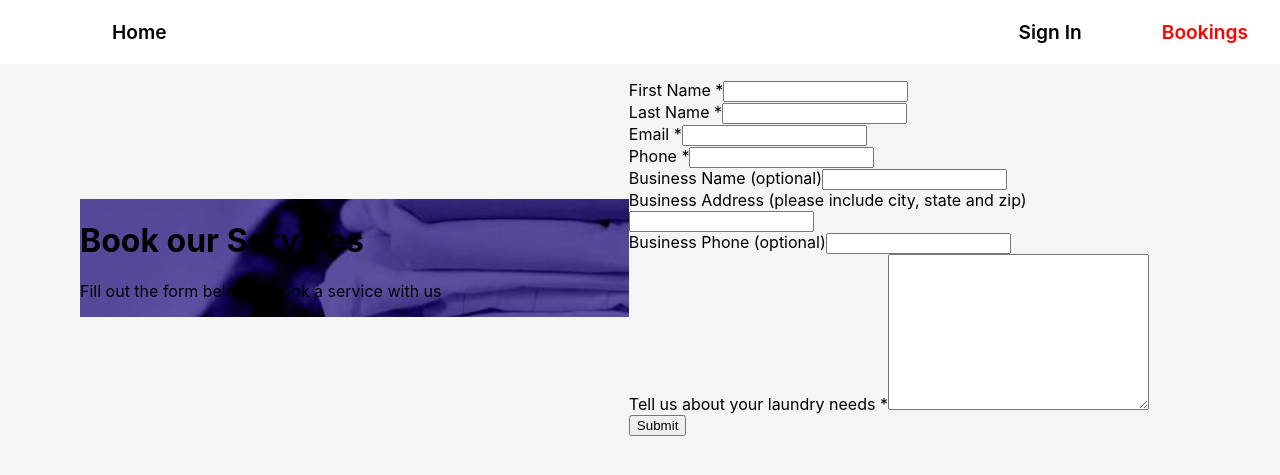
Repository: MikkyPrestige/fake-user-authentication
Page: /booking
An editor plug-in stored every save of this project. The page is shown before and after the next save, followed by the edit.
The browser window is 1280 px wide. The pictures show the whole page.
The project was rebuilt for these pictures with package versions that can differ from the ones it lists, and the page was loaded fresh each time. Also part of the build but not shown: src/assets/styles/home.css, src/components/home.jsx.

Above is the page before, as saved 2022-11-20 03:01:47.

### src/index.css
body {
  margin: 0;
  font-family: -apple-system, BlinkMacSystemFont, 'Segoe UI', 'Roboto', 'Oxygen',
    'Ubuntu', 'Cantarell', 'Fira Sans', 'Droid Sans', 'Helvetica Neue',
    sans-serif;
  -webkit-font-smoothing: antialiased;
  -moz-osx-font-smoothing: grayscale;
  /* background-image: url(./assets/img/pattern_blue-1.jpg);
  background-repeat: no-repeat;
  background-size: cover;
  background-position: center;
  background-attachment: fixed; */
}

code {
  font-family: source-code-pro, Menlo, Monaco, Consolas, 'Courier New',
    monospace;
}

### src/App.jsx
import React from "react";
import { Route, Routes } from "react-router-dom";
import { Home, Navigation, Booking } from "./components";

function App() {
  return (
    <div className="App">
      <Navigation />
      <Routes>
      <Route path="/" element={< Home />} />
      <Route path="/booking" element={< Booking />} />
      </Routes>
    </div>
  );

}

export default App;

### src/components/index.js
export { default as Home } from './home';
export { default as Navigation } from './navigation';
export { default as Booking } from './booking';

### src/components/navigation.jsx
// NAVIGATION COMPONENT

import React from "react";
import { NavLink } from "react-router-dom";
import "../assets/styles/navigation.css";

const Navigation = () => {
  return (
    <div className="navigation">
      <nav className="navigation__links">
        <div className="navigation--link">
          <NavLink
            style={({ isActive }) =>
              isActive ? { color: "red" } : { color: "black" }
            }
            to="/"
            className="navigation__link--item"
          >
            Home
          </NavLink>
        </div>
        <div className="navigation__link--wrapper">
          <NavLink
            style={({ isActive }) =>
              isActive ? { color: "red" } : { color: "black" }
            }
            to="/signIn"
            className="navigation__link--item"
          >
            Sign In
          </NavLink>
          <NavLink
            style={({ isActive }) =>
              isActive ? { color: "red" } : { color: "black" }
            }
            to="/booking"
            className="navigation__link--item"
          >
            Bookings
          </NavLink>
        </div>
      </nav>
    </div>
  );
};

export default Navigation;

### src/components/booking.jsx
// REGISTER COMPONENT: This component is for the form to register with the company in the app

import React from "react";
import { useState } from "react";
import "../assets/styles/booking.css";

const Booking = () => {
  // Create a state for the form
  const [form, setForm] = useState({
    firstName: "",
    lastName: "",
    email: "",
    businessName: "",
    businessAddress: "",
    businessPhone: "",
    order: "",
  });

  // Create a state for the error
  const [error, setError] = useState({});
  // Create a state for the success
  const [success, setSuccess] = useState(false);

  // Create a function to handle the change
  const handleChange = (e) => {
    const { name, value } = e.target;
    setForm({ ...form, [name]: value }); // A spread operator is used to copy the form object and then add the name and value to the form object and then set the form object to the new form object with the name and value added to it
  };

  // Create a function to handle the submit
  const handleSubmit = (e) => {
    e.preventDefault();
    console.log(form);
    // Validate the form
    const validate = () => {
      let error = {};
      if (!form.firstName) {
        error.firstName = "First name is required";
      }
      if (!form.lastName) {
        error.lastName = "Last name is required";
      }
      if (!form.email) {
        error.email = "Email is required";
      }
      if (!form.phone) {
        error.phone = "Phone Number is required";
      }
      if (!form.order) {
        error.order = "Order is required";
      }
      return error;
    };
    // Set the error
    setError(validate());
    // Check if there is no error
    if (Object.keys(validate()).length === 0) {
      setSuccess(true);
    }
  };

  return (
    <div className="booking">
      <div className="booking__wrapper">
        <div className="booking__content">
          <h1 className="booking__title">Book our Services</h1>
          <p className="booking__description">
            Fill out the form below to book a service with us
          </p>
        </div>
        <form className="booking__form" onSubmit={handleSubmit}>
          <div className="booking__form--group">
            <label htmlFor="firstName" className="booking__form--label">
              First Name *
            </label>
            <input
              type="text"
              name="firstName"
              id="firstName"
              className="booking__form--input"
              onChange={handleChange}
              required
            />
            {error.firstName && (
              <p className="booking__form--error">{error.firstName}</p>
            )}
          </div>
          <div className="booking__form--group">
            <label htmlFor="lastName" className="booking_form--label">
              Last Name *
            </label>
            <input
              type="text"
              name="lastName"
              id="lastName"
              className="booking__form--input"
              onChange={handleChange}
              required
            />
            {error.lastName && (
              <p className="booking__form--error">{error.lastName}</p>
            )}
          </div>
          <div className="booking__form--group">
            <label htmlFor="email" className="booking__form--label">
              Email *
            </label>
            <input
              type="email"
              name="email"
              id="email"
              className="booking__form--input"
              onChange={handleChange}
              required
            />
            {error.email && (
              <p className="booking__form--error">{error.email}</p>
            )}
          </div>
          <div className="booking__form--group">
            <label htmlFor="phone" className="booking__form--label">
              Phone *
            </label>
            <input
              type="tel"
              name="phone"
              id="phone"
              className="booking__form--input"
              onChange={handleChange}
              required
            />
            {error.phone && (
              <p className="booking__form--error">{error.phone}</p>
            )}
          </div>
          <div className="booking__form--group">
            <label htmlFor="businessName" className="booking__form--label">
              Business Name (optional)
            </label>
            <input
              type="text"
              name="businessName"
              id="businessName"
              className="booking__form--input"
              onChange={handleChange}
            />
          </div>
          <div className="booking__form--group">
            <label htmlFor="businessAddress" className="booking__form--label">
              Business Address (please include city, state and zip)
            </label>
            <input
              type="text"
              name="businessAddress"
              id="businessAddress"
              className="booking__form--input"
              onChange={handleChange}
            />
          </div>
          <div className="booking__form--group">
            <label htmlFor="businessPhone" className="booking__form--label">
              Business Phone (optional)
            </label>
            <input
              type="text"
              name="businessPhone"
              id="businessPhone"
              className="booking__form--input"
              onChange={handleChange}
            />
          </div>
          <div className="booking__form--group">
            <label htmlFor="order" className="booking__form--label">
              Tell us about your laundry needs *
            </label>
            <textarea
              name="order"
              id="order"
              cols="30"
              rows="10"
              className="booking__form--input"
              onChange={handleChange}
              required
            ></textarea>
            {error.order && (
              <p className="booking__form--error">{error.order}</p>
            )}
          </div>
          <button className="booking__form--button">Submit</button>
        </form>
        {success && (
          <p className="booking__form--success">
            Your order is received and been fast tracked.
            <span>Thank you for choosing us.</span>
          </p>
        )}
      </div>
    </div>
  );
};

export default Booking;

### src/assets/styles/navigation.css
.navigation {
    background-color: #fff;
    height: 4rem;
    position: fixed;
    top: 0;
    width: 100%;
    z-index: 100;
}

.navigation__links {
    display: flex;
    justify-content: space-between;
    align-items: center;
    height: 100%;
    padding: 0 2rem;
}

.navigation__link--item {
    font-size: 1.2rem;
    font-weight: 600;
    text-decoration: none;
}

.navigation--link {
  margin-left: 5rem;
}

.navigation__link--wrapper {
  display: flex;
  align-items: center;
  gap: 5rem;
}

### src/assets/styles/booking.css
.booking {
  background: #f5f5f5;
  padding: 5rem;
}

.booking__wrapper {
  display: flex;
  justify-content: space-between;
  align-items: center;
  height: 100%;
}

.booking__content {
  width: 50%;
  background-image: url(../img/folded-clothes.jpeg);
  background-repeat: no-repeat;
  background-size: cover;
  background-position: center;
  background-attachment: fixed;
  /* height: 100%; */
}

Loaded but not shown: public/index.html (common file); src/index.js (common file)

After the next save:
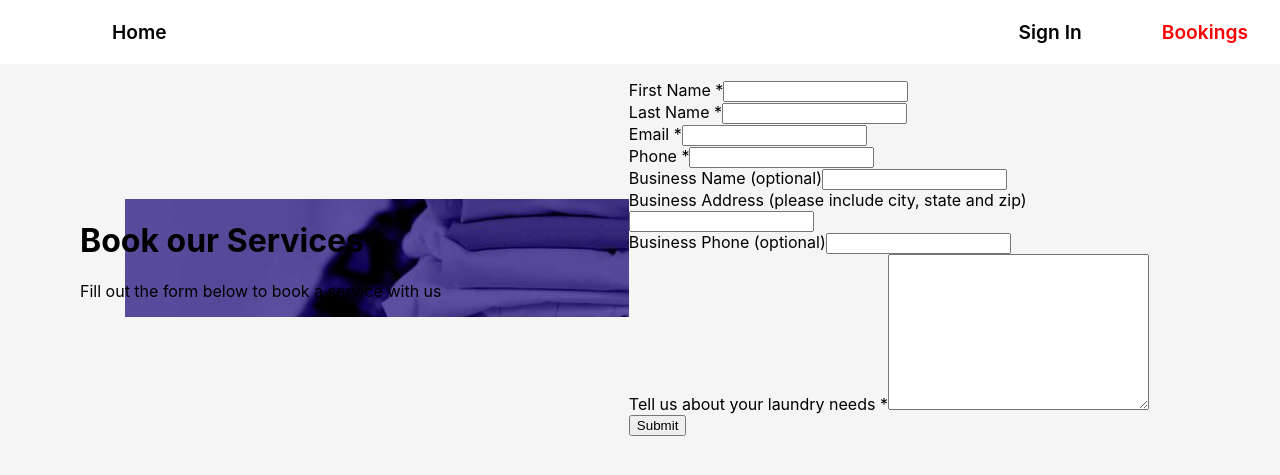
Saved 16 s later.
--- a/src/assets/styles/booking.css
+++ b/src/assets/styles/booking.css
@@ -14,7 +14,7 @@
   width: 50%;
   background-image: url(../img/folded-clothes.jpeg);
   background-repeat: no-repeat;
-  background-size: cover;
+  background-size: center;
   background-position: center;
   background-attachment: fixed;
   /* height: 100%; */

After the 3 saves that followed:
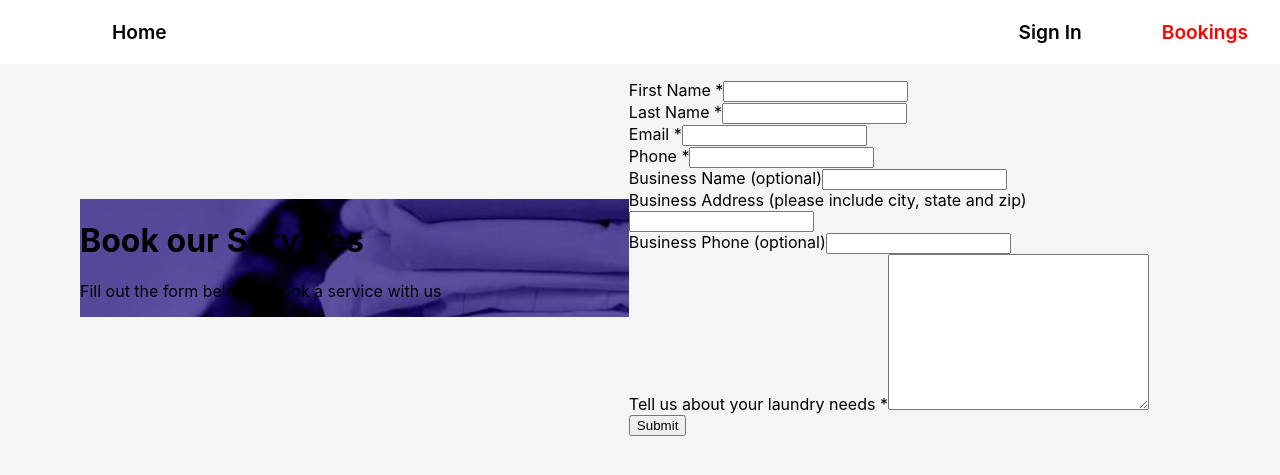
The 3 saves are shown as one change because 2 left the picture as it was.
The last was saved 30 s later.
--- a/src/assets/styles/booking.css
+++ b/src/assets/styles/booking.css
@@ -14,7 +14,7 @@
   width: 50%;
   background-image: url(../img/folded-clothes.jpeg);
   background-repeat: no-repeat;
-  background-size: center;
+  background-size: cover;
   background-position: center;
   background-attachment: fixed;
   /* height: 100%; */
